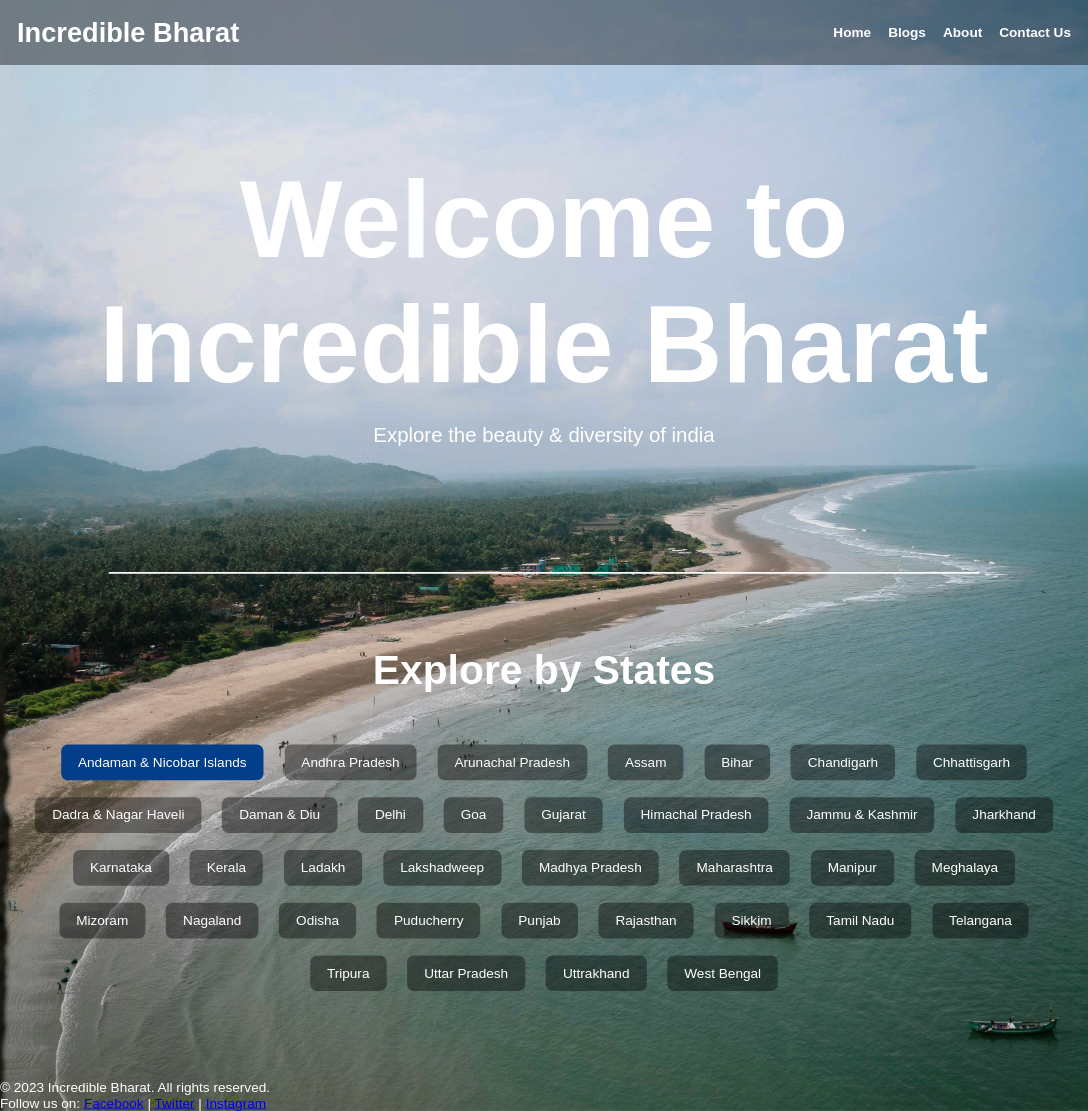
Repository: jaidhiman111/incrediblebharat
Page: index.html
An editor plug-in stored every save of this project. The page is shown before and after the next save, followed by the edit.
The browser window is 1280 px wide. The pictures show the whole page, at 85% of full size.
The pointer rests on the first visible `.state-button button`.

Above is the page before, as saved 2025-04-30 22:32:01.

After the next save:
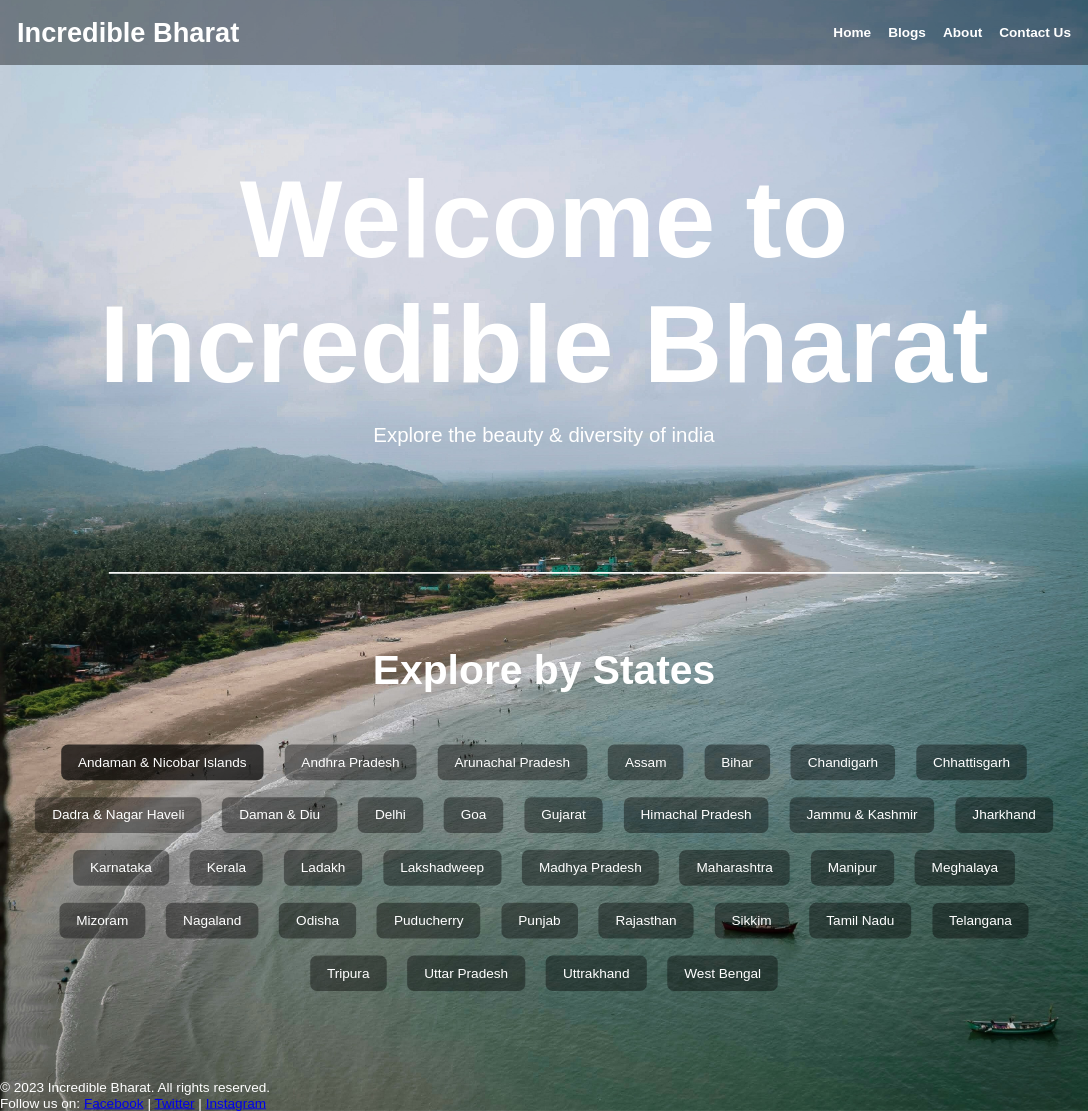
Saved 42 s later.
--- a/assets/style.css
+++ b/assets/style.css
@@ -118,5 +118,5 @@ hr {
   }
 
   .state-button button:hover {
-    background-color: #023e8a; /* Darker blue on hover */
+    background-color: rgba(0, 0, 0, 0.7); /* Darker blue on hover */
   }
